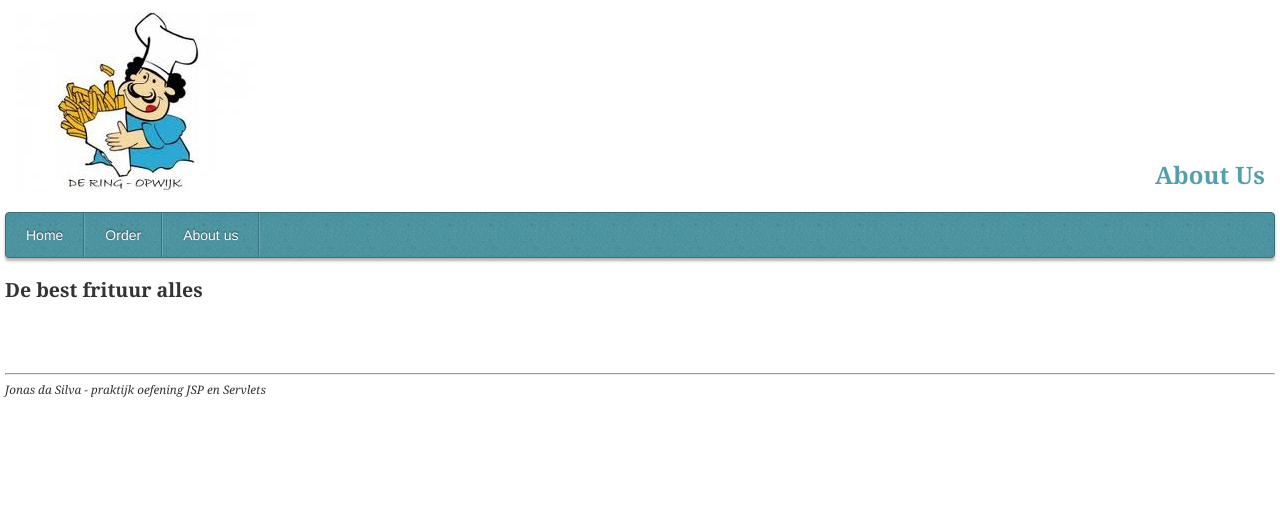
Repository: Projetos-intec/workspace-JavaWebJSP
Page: http://localhost/FrituurFrida/aboutus.jsp
These files come from the project's save history. The page is drawn as it stood at one moment and after the next save; the edit follows.
The browser window is 1280 px wide. The pictures show the whole page.
The page is served by Tomcat 9.

Above is the page before, as saved 2014-09-16 13:52:12.

After the next save:
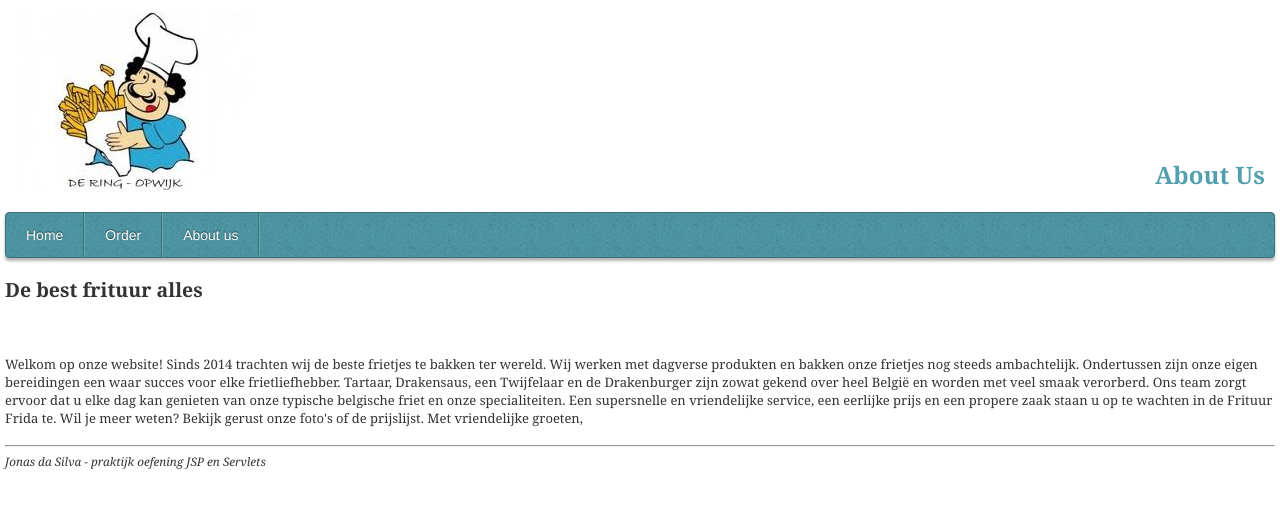
Saved 7 min 7 s later.
--- a/FrituurFrida/WebContent/aboutus.jsp
+++ b/FrituurFrida/WebContent/aboutus.jsp
@@ -28,13 +28,19 @@
 	<article>
 	<h2>De best frituur alles</h2>
 	<br />
-	${msg}
+	${msg} <br />
+	Welkom op onze website! Sinds 2014 trachten wij de beste frietjes te
+	bakken ter wereld. Wij werken met dagverse produkten en bakken onze
+	frietjes nog steeds ambachtelijk. Ondertussen zijn onze eigen
+	bereidingen een waar succes voor elke frietliefhebber. Tartaar,
+	Drakensaus, een Twijfelaar en de Drakenburger zijn zowat gekend over
+	heel België en worden met veel smaak verorberd. Ons team zorgt ervoor
+	dat u elke dag kan genieten van onze typische belgische friet en onze
+	specialiteiten. Een supersnelle en vriendelijke service, een eerlijke
+	prijs en een propere zaak staan u op te wachten in de Frituur Frida te.
+    Wil je meer weten? Bekijk gerust onze foto's of de prijslijst.
 
-	<br />
-
-
-
-	</article>
+	Met vriendelijke groeten, </article>
 	<footer>
 	<hr />
 	Jonas da Silva - praktijk oefening JSP en Servlets </footer>
